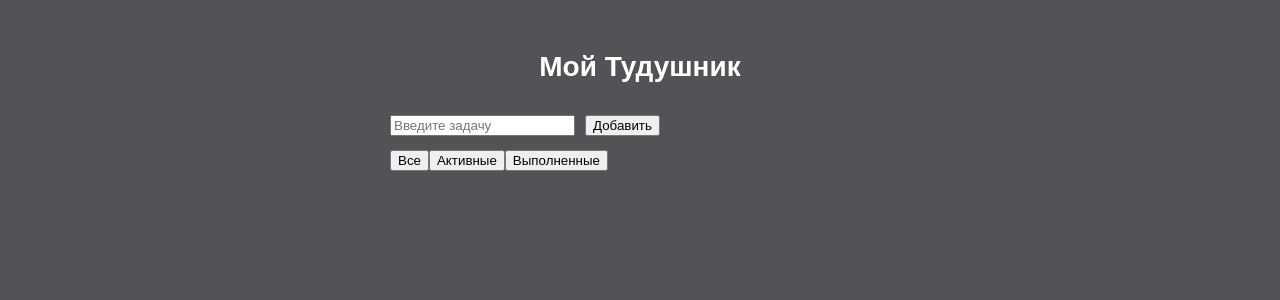
Repository: AlekCawka/-todo-project
Page: /
An editor plug-in stored every save of this project. The page is shown before and after the next save, followed by the edit.
The browser window is 1280 px wide. The pictures show the whole page.
The project was rebuilt for these pictures with package versions that can differ from the ones it lists, and the page was loaded fresh each time. Also part of the build but not shown: vite.config.js.

Above is the page before, as saved 2025-08-06 11:03:20.

### src/main.jsx
import React from 'react'
import ReactDOM from 'react-dom/client'
import App from './App.jsx'

ReactDOM.createRoot(document.getElementById('root')).render(
  <React.StrictMode>
    <App />
  </React.StrictMode>
)

### src/App.jsx
import React, { useState } from 'react';
import { useTodos } from './hooks/useTodos';

import './App.css';

const App = () => {
  const { todos, addTodo, deleteTodo, updateTodo, toggleCompleted } = useTodos();
  const [inputValue, setInputValue] = useState('');
  const [filter, setFilter] = useState('all');

  const handleAdd = () => {
    addTodo(inputValue);
    setInputValue('');
  }

  const handleChange = (e) => {
    setInputValue(e.target.value);
  }

  const getFilteredTodos = (todos, filter) => {
    switch (filter) {
      case 'active':
        return todos.filter(todo => !todo.completed);
      case 'completed':
        return todos.filter(todo => todo.completed);
      default:
        return todos;
    }
  };

  const filteredTodos = getFilteredTodos(todos, filter);

  return (
    <div className="container">
      <h1 className="title">Мой Тудушник</h1>

      <div className="form">
        <input
          type="text"
          placeholder="Введите задачу"
          value={inputValue}
          onChange={handleChange}
        />
        <button onClick={handleAdd}>Добавить</button>
      </div>

      <div className="filters">
        <button onClick={() => setFilter('all')}>Все</button>
        <button onClick={() => setFilter('active')}>Активные</button>
        <button onClick={() => setFilter('completed')}>Выполненные</button>
      </div>

      <ul className="list">
        {filteredTodos.map(todo => (
          <li key={todo.id} className="todo-item">
            <input
              type="checkbox"
              checked={todo.completed}
              onChange={() => toggleCompleted(todo.id)}
            />
            <span
              style={{ textDecoration: todo.completed ? 'line-through' : 'none' }}
            >
              {todo.text}
            </span>
            <button onClick={() => {
              const newText = prompt('Новое значение:', todo.text);
              if (newText) updateTodo(todo.id, newText);
            }}>✏️</button>
            <button onClick={() => deleteTodo(todo.id)}>🗑️</button>
          </li>
        ))}
      </ul>
    </div>
  );
};

export default App;

### src/hooks/useTodos.js
import { useState, useEffect } from 'react';
import { Trash2, Edit, Clock, Calendar, CheckSquare, Square } from 'lucide-react';

const generateId = () => crypto?.randomUUID?.() || `${Date.now()}-${Math.random()}`;

export const useTodos = () => {
    const [todos, setTodos] = useState([]);

    const normalize = (text) => text.trim().toLowerCase();

    useEffect(() => {
        const stored = localStorage.getItem('todos');
        if (stored) {
            setTodos(JSON.parse(stored));
        }
    }, []);

    useEffect(() => {
        localStorage.setItem('todos', JSON.stringify(todos));
    }, [todos]);

    const addTodo = (text, deadline = null) => {
        const trimmed = text.trim();

        if (!trimmed) return;

        const isDuplicate = todos.some(todo => normalize(todo.text) === normalize(text));

        if (isDuplicate) {
            return;
        }

        const newTodo = {
            id: generateId(),
            text: trimmed,
            completed: false,
            createdAt: new Date().toISOString(),
            deadline: deadline || null,
        };
        setTodos(prevTodos => [newTodo, ...prevTodos]);
    };

    const deleteTodo = (id) => {
        setTodos(prev => prev.filter(todo => todo.id !== id));
    };

    const updateTodo = (id, updates) => {
        setTodos(prev =>
            prev.map(todo =>
                todo.id === id ?
                    { ...todo, ...updates } : todo
            )
        );
    };

    const toggleCompleted = (id) => {
        setTodos(prev =>
            prev.map(todo =>
                todo.id === id ?
                    { ...todo, completed: !todo.completed } : todo
            )
        )
    }

    return {
        todos,
        addTodo,
        deleteTodo,
        updateTodo,
        toggleCompleted
    };
};

### src/App.css
body {
    font-family: sans-serif;
    background: rgb(84, 82, 87);
    margin: 0;
    padding: 0;
}

.container {
    max-width: 500px;
    margin: 0 auto;
    padding: 32px 16px;
}

.title {
    text-align: center;
    font-size: 28px;
    margin-bottom: 2rem;
    color: white;
}

.form {
    display: flex;
    gap: 10px;
    margin-bottom: 14px;
}

/*
.form {
  display: flex;
  gap: 0.5rem;
  margin-bottom: 1rem;
}

.form input {
  flex: 1;
  padding: 0.5rem;
  border: 1px solid #ccc;
  border-radius: 6px;
}

.form button {
  padding: 0.5rem 1rem;
  background-color: #007bff;
  color: white;
  border: none;
  border-radius: 6px;
  cursor: pointer;
  transition: background-color 0.2s;
}

.form button:hover {
  background-color: #0056b3;
}
 */

After the next save:
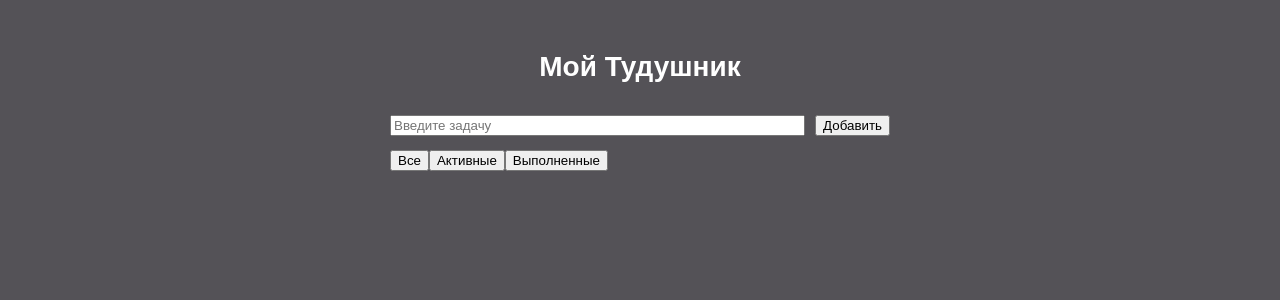
Saved 44 s later.
--- a/src/App.css
+++ b/src/App.css
@@ -24,12 +24,12 @@ body {
     margin-bottom: 14px;
 }
 
+.form input {
+    flex: 1;
+
+}
+
 /*
-.form {
-  display: flex;
-  gap: 0.5rem;
-  margin-bottom: 1rem;
-}
 
 .form input {
   flex: 1;
